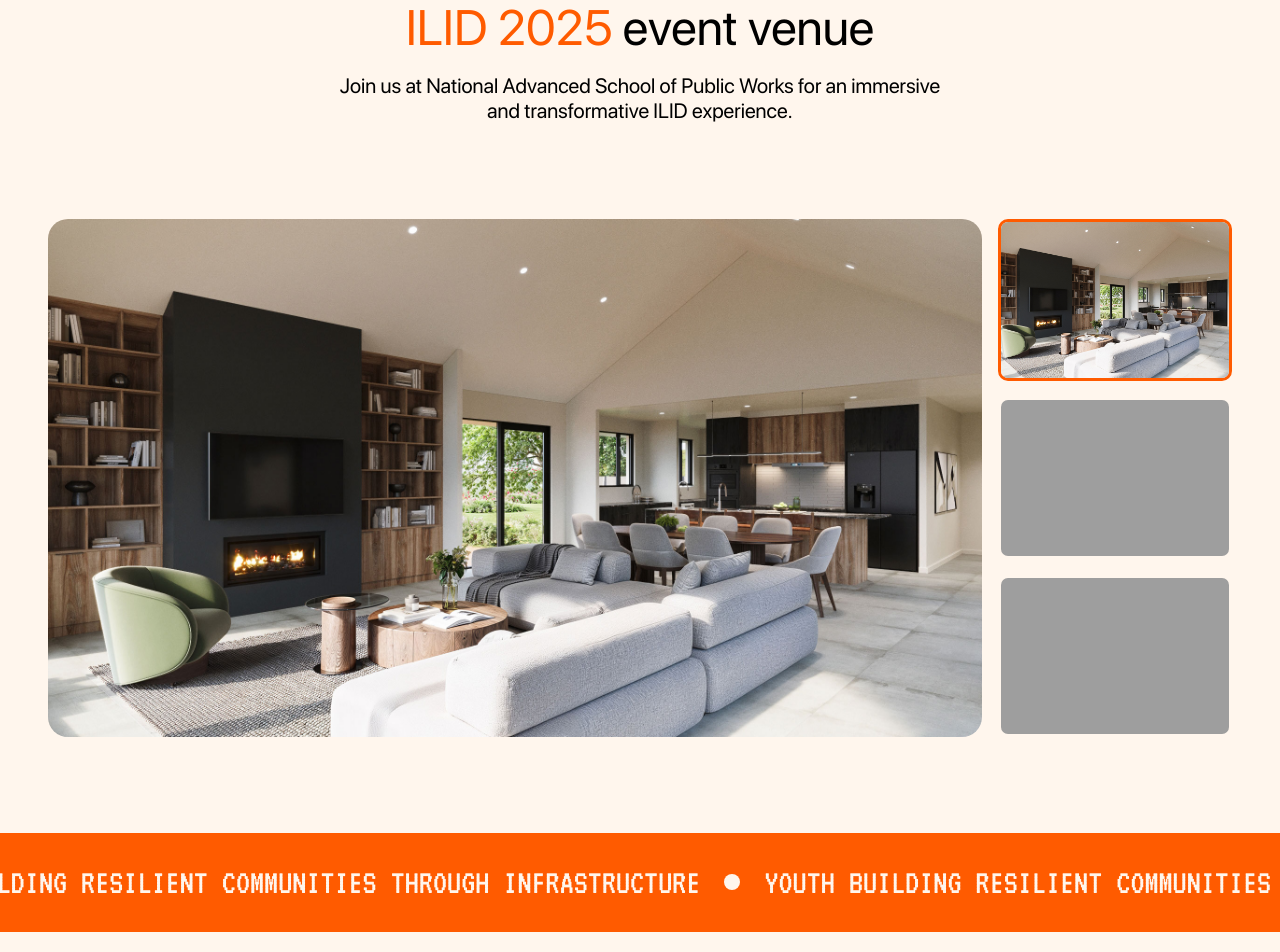
Repository: ilidevent/ilidwebsite
Page: /
These files come from the project's save history. The page is drawn as it stood at one moment and after the next save; the edit follows.
The browser window is 1280 px wide. The pictures show the part of the page from y = 4229 to 5181 px (the page is 5209 px tall).
Pictures or frames that could not be fetched are drawn as grey boxes. The project was rebuilt for these pictures with package versions that can differ from the ones it lists, and the page was loaded fresh each time. The framework's server and built-in components were replaced by stand-ins that run in the browser. Also part of the build but not shown: next.config.ts.

Above is the page before, as saved 2025-03-13 21:20:37.

After the next save:
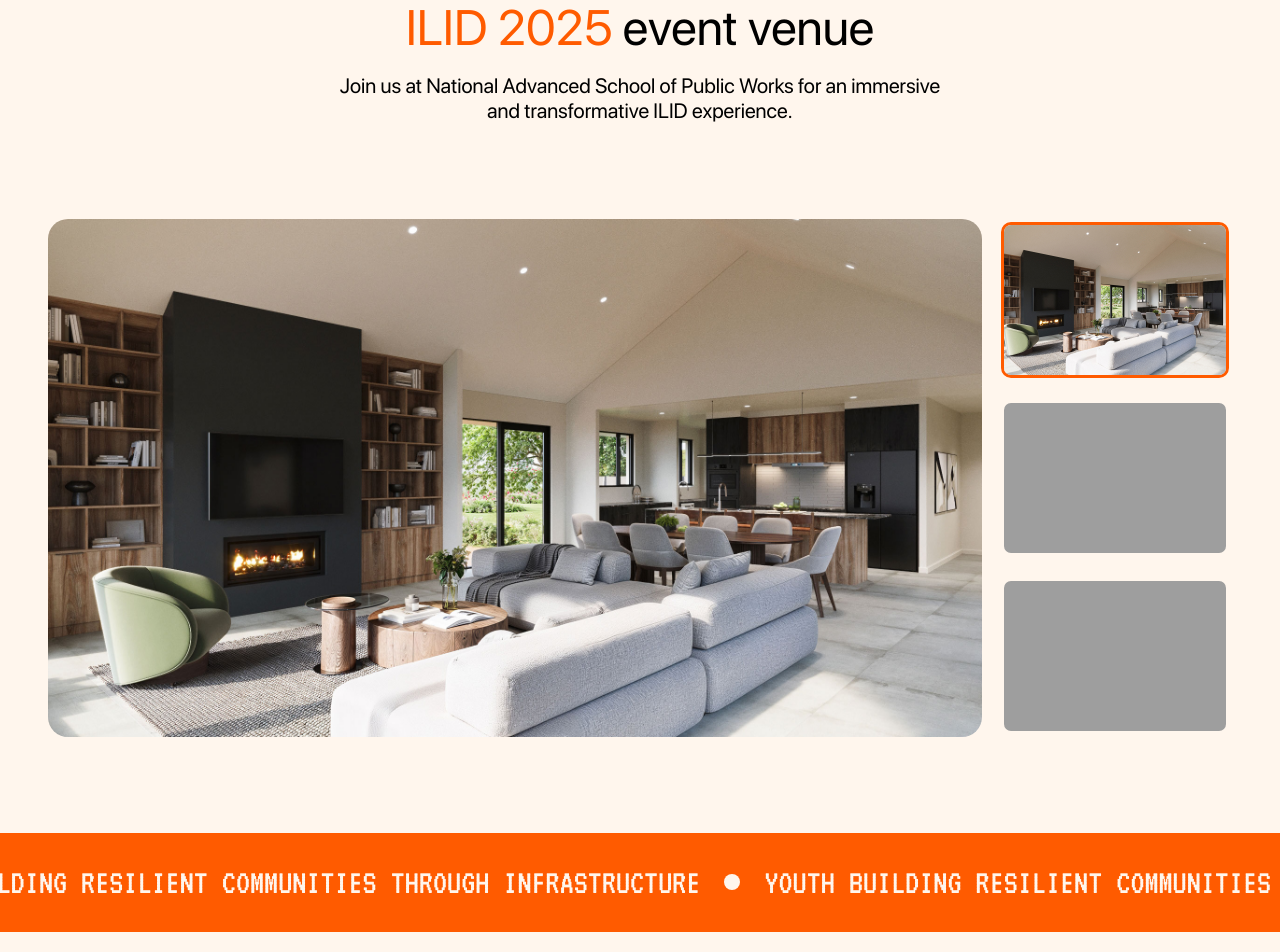
Saved 24 s later.
--- a/styles/ReUsables/venuewrapper.module.scss
+++ b/styles/ReUsables/venuewrapper.module.scss
@@ -44,7 +44,14 @@
 }
 
 .ivenue__wrapper{
-
+  width: 100%;
+  height: 100%;
+  border-radius: 10px;
+  position: relative;
+  overflow: hidden;
+  cursor: pointer;
+  border: 3px solid transparent;
+  transition: border 0.7s ease;
 }
 
 .venueimagetwo{
